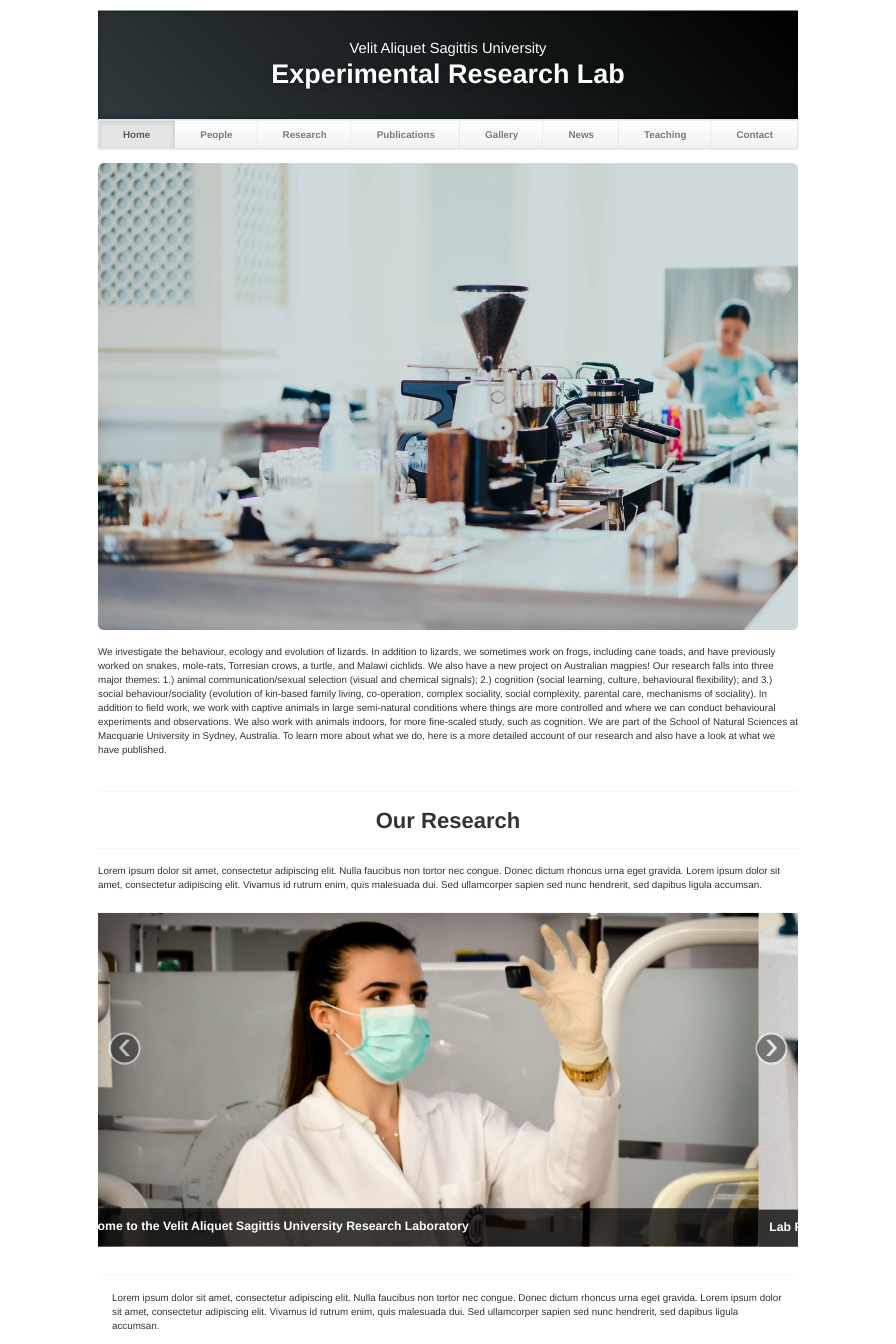
Repository: IAEUC/iaeuc.github.io
Page: index.html
These files come from the project's save history. The page is drawn as it stood at one moment and after the next save; the edit follows.
The browser window is 1280 px wide. The pictures show the part of the page from y = 0 to 1920 px (the page is 3867 px tall before and 3733 px after), at 70% of full size.

Above is the page before, as saved 2025-08-07 17:21:46.

### index.html
<!DOCTYPE html>
<html lang="en">
   <head>
      <meta charset="utf-8">
      <title>Generic Research Lab Template - Home</title>
      <meta name="viewport" content="width=device-width, initial-scale=1.0">
      <meta name="description" content="Research Lab, Home, Velit Aliquet Sagittis University">
      <meta name="author" content="">
      <!-- Le styles -->
      <link href="css/bootstrap.min.css" rel="stylesheet">
      <link href="css/bootstrap-responsive.min.css" rel="stylesheet">
      <link href="css/theme.css" rel="stylesheet">
   </head>
   <body>
      <div class="container">
         <header class="jumbotron subhead" id="overview">
            <p class="lead"> Velit Aliquet Sagittis University </p>
            <h1>Experimental Research Lab</h1>
         </header>
         <div class="masthead">
            <div class="navbar">
               <div class="navbar-inner">
                  <div class="container">
                     <ul class="nav">
                        <li class="active"><a href="#">Home</a></li>
                        <li><a href="people.html">People</a></li>
                        <li><a href="research.html">Research</a></li>
                        <li><a href="publications.html">Publications</a></li>
                        <li><a href="gallery.html">Gallery</a></li>
                        <li><a href="news.html">News</a></li>
                        <li><a href="teaching.html">Teaching</a></li>
                        <li><a href="contact.html">Contact</a></li>
                     </ul>
                  </div>
               </div>
            </div>
         </div>

         <div class="row-fluid">
            <div class="span12">
                              <div class="centered" style="margin-bottom: 20px;">
                                 <img src="images/lab-photo.jpg" alt="Research Laboratory" style="max-width: 100%; height: auto; border-radius: 8px;">
                              </div>
                              <p>
                                We investigate the behaviour, ecology and evolution of lizards. In addition to lizards, we sometimes work on frogs, including cane toads, and have previously worked on snakes, mole-rats, Torresian crows, a turtle, and Malawi cichlids. We also have a new project on Australian magpies! Our research falls into three major themes: 1.) animal communication/sexual selection (visual and chemical signals); 2.) cognition (social learning, culture, behavioural flexibility); and 3.) social behaviour/sociality (evolution of kin-based family living, co-operation, complex sociality, social complexity, parental care, mechanisms of sociality).

                                 In addition to field work, we work with captive animals in large semi-natural conditions where things are more controlled and where we can conduct behavioural experiments and observations. We also work with animals indoors, for more fine-scaled study, such as cognition.

                                 We are part of the School of Natural Sciences at Macquarie University in Sydney, Australia. To learn more about what we do, here is a more detailed account of our research and also have a look at what we have published.
                              </p>
                              <br/>
                           </div>
         </div>
         <div class="row-fluid">
                  <hr>
                  <h2 class="centered">Our Research</h2>
                  <hr>
         </div>
         <div class="row-fluid">
            <div class="span12">
                              <p>
                                 Lorem ipsum dolor sit amet, consectetur adipiscing elit. Nulla faucibus non tortor nec congue.
                                 Donec dictum rhoncus urna eget gravida. Lorem ipsum dolor sit amet, consectetur adipiscing elit.
                                 Vivamus id rutrum enim, quis malesuada dui. Sed ullamcorper sapien sed nunc hendrerit, sed dapibus
                                 ligula accumsan.
                              </p>
                              <br/>
                           </div>
         </div>

         <div class="row-fluid">
            <div class="span12">
               <div id="main-carousel" class="carousel slide">
                  <div class="carousel-inner">
                     <div class="item active">
                        <img src="images/ani-kolleshi-crop3.JPG" class="carousel-image" alt="">
                        <div class="carousel-caption">
                           <h4>Welcome to the Velit Aliquet Sagittis University Research Laboratory</h4>
                           <!-- -->
                           <p></p>
                        </div>
                     </div>
                     <div class="item">
                        <img src="images/microscope-crop1.JPG" class="carousel-image" alt="">
                        <div class="carousel-caption">
                           <h4>Lab Photos</h4>
                           <p></p>
                        </div>
                     </div>
                     <div class="item">
                        <img src="images/building-crop1.JPG" class="carousel-image" alt="">
                        <div class="carousel-caption">
                           <h4>Main Building Photo</h4>
                           <p></p>
                        </div>
                     </div>
                  </div>
                  <a class="left carousel-control" href="#main-carousel" data-slide="prev">‹</a>
                  <a class="right carousel-control" href="#main-carousel" data-slide="next">›</a>
               </div>
            </div>
         </div>
         <hr>
         <div class="container-fluid">
            <div class="row-fluid marketing">
               <div class="span12">
                  <p>
                     Lorem ipsum dolor sit amet, consectetur adipiscing elit. Nulla faucibus non tortor nec congue.
                     Donec dictum rhoncus urna eget gravida. Lorem ipsum dolor sit amet, consectetur adipiscing elit.
                     Vivamus id rutrum enim, quis malesuada dui. Sed ullamcorper sapien sed nunc hendrerit, sed dapibus
                     ligula accumsan.
                  </p>
                  <br/>
               </div>
            </div>
               <div class="row-fluid">
                  <hr>
                  <h2 class="centered">Recent News</h2>
                  <hr>
               </div>
               <div class="span4 feature-item">
                  <h5> <span class="date"> May 1, 2019 </span> </h5>
                  <h4 class="feature-heading">
                     <a href="https://unsplash.com/photos/CPmrdbbpnXg">
                     Students pose for conference lacus luctus accumsan tortor posuere
                     </a>
                     <br/>
                  </h4>
                  <hr>
                  <div class="centered">
                     <a href="https://unsplash.com/photos/CPmrdbbpnXg">
                     <img src="thumbs/jerry-zhang-1281608-unsplash.jpg" alt=""></a>
                  </div>
                  <hr>
                  <p>
                     Lorem ipsum dolor sit amet, consectetur adipiscing elit, sed do eiusmod tempor incididunt ut labore et
                     dolore magna aliqua.
                     Find the proceedings <a href="https://unsplash.com/photos/CPmrdbbpnXg">here</a>.
                  </p>
                  <br/>
                  <br/>
               </div>
               <div class="span4 feature-item">
                  <h5> <span class="date">April 20, 2019</span> </h5>
                  <h4 class="feature-heading">
                     <a href="https://unsplash.com/photos/rTZW4f02zY8">
                     Tincidunt tortor aliquam nulla facilisi. Nunc scelerisque viverra mauris in
                     </a>
                  </h4>
                  <hr>
                  <div class="centered">
                     <a href="https://unsplash.com/photos/rTZW4f02zY8">
                     <img src="thumbs/nasa-89125-unsplash.jpg" alt="">
                     </a>
                  </div>
                  <hr>
                  <p>
                     Read the paper
                     <a href="https://unsplash.com/photos/rTZW4f02zY8">here</a>.
                     Consequat semper viverra nam libero justo laoreet. Commodo odio aenean sed adipiscing diam donec.
                  </p>
                  <br/>
               </div>
               <div class="row-fluid">
                  <div class="span4 feature-item">
                     <h5> <span class="date">October 2, 2018</span> </h5>
                     <h4 class="feature-heading">
                        <a href="http://mechanical.illinois.edu/news/miljkovic-pleased-join-%E2%80%98powerhouse%E2%80%99-illinois">
                        Pretium lectus quam id leo in vitae turpis massa
                        <br/>
                        <br/>
                        </a>
                     </h4>
                     <hr>
                     <div class="centered">
                        <a href="https://unsplash.com/photos/WNk-f-TnZDw">
                        <img src="thumbs/rodolfo-cuadros-762364-unsplash.jpg" alt=""></a>
                     </div>
                     <hr>
                     <p>
                        Tristique senectus et netus et malesuada. Sed viverra tellus in hac habitasse platea dictumst vestibulum rhoncus.
                        Read it <a href="https://unsplash.com/photos/WNk-f-TnZDw">here</a>.
                     </p>
                     <br/>
                  </div>
               </div>
               <hr>
            </div>
            <div class="row-fluid">
               <div class="span4 feature-item">
                  <h4 class="feature-heading"><a href="https://unsplash.com/photos/QvbLjB9pHLM">Lorem ipsum dolor sit amet, consectetur adipiscing elit. Ut sit amet ultrices velit habitasse platea</a></h4>
                  <hr>
                  <div class="centered">
                     <a href="https://unsplash.com/photos/QvbLjB9pHLM"><img src="thumbs/ivanov-crop.JPG" alt=""></a>
                  </div>
                  <hr>
                  <p>Aecenas consectetur vestibulum orci ut vulputate. Aenean cursus finibus pulvinar <a href="https://unsplash.com/photos/QvbLjB9pHLM">here</a>. </p>
                  <br/>
               </div>
               <div class="span4 feature-item">
                  <h4 class="feature-heading"><a href="https://unsplash.com/photos/lQGJCMY5qcM">Maecenas placerat ullamcorper eros a vehicula. Duis mollis tortor ut elit elementum</a></h4>
                  <hr>
                  <div class="centered">
                     <a href="https://unsplash.com/photos/lQGJCMY5qcM"><img src="thumbs/beaker-crop.JPG" alt=""></a>
                  </div>
                  <hr>
                  <p>Read the paper <a href="https://unsplash.com/photos/lQGJCMY5qcM">here</a> </p>
               </div>
               <div class="span4 feature-item">
                  <h4 class="feature-heading"><a href="https://unsplash.com/photos/QCbZ4ASLhM8">Fusce tempor placerat felis, et placerat sapien lacinia sit amet<br/><br/><br/></a></h4>
                  <hr>
                  <div class="centered">
                     <a href="https://unsplash.com/photos/QCbZ4ASLhM8"><img src="thumbs/sato-chart.JPG" alt=""></a>
                  </div>
                  <hr>
                  <p> Aenean posuere, nulla ut placerat fringilla, dolor dolor pellentesque metus. Read the paper <a href="https://unsplash.com/photos/QCbZ4ASLhM8">here</a>.</p>
                  <br/>
                  <br/>
                  <br/>
               </div>
            </div>
         </div>
      </div>
      <footer id="footer">
         <div class="container-fluid">
            <div class="row-fluid">
               <div class="span5">
                  <h3>Contact Information</h3>
                  <p><b>Office Hours: </b>Monday-Friday (8.00am - 5.00pm)</p>
                  <p><b>Phone: </b>999-999-9999</p>
                  <p><b>Cell: </b>999-999-9999</p>
                  <a href="mailto:your.email@uni.edu">Email</a>
               </div>
               <div class="span2">
                  <a href="https://mybrandnewlogo.com/"><img src = "thumbs/generic-logo.JPG" alt="research-lab-logo"/></a>
               </div>
               <div class="span5">
                  <h3>Address</h3>
                  <p>9999 Generic Research Laboratory<br>
                     999 Fake Street Avenue<br>
                     City, State<br>
                     Country ZIP
                  </p>
                  <a href="http://maps.google.com/">Show Map</a>
               </div>
            </div>
         </div>
      </footer>

      <!-- Javascript files -->
      <script src="js/jquery-1.9.1.min.js"></script>
      <script src="js/bootstrap.min.js"></script>
      <script> $('#main-carousel').carousel(); </script>
   </body>
</html>

Loaded but not shown: css/bootstrap.min.css (library); css/bootstrap-responsive.min.css (library); js/jquery-1.9.1.min.js (library); js/bootstrap.min.js (library); css/theme.css (552 lines, source omitted)

After the next save:
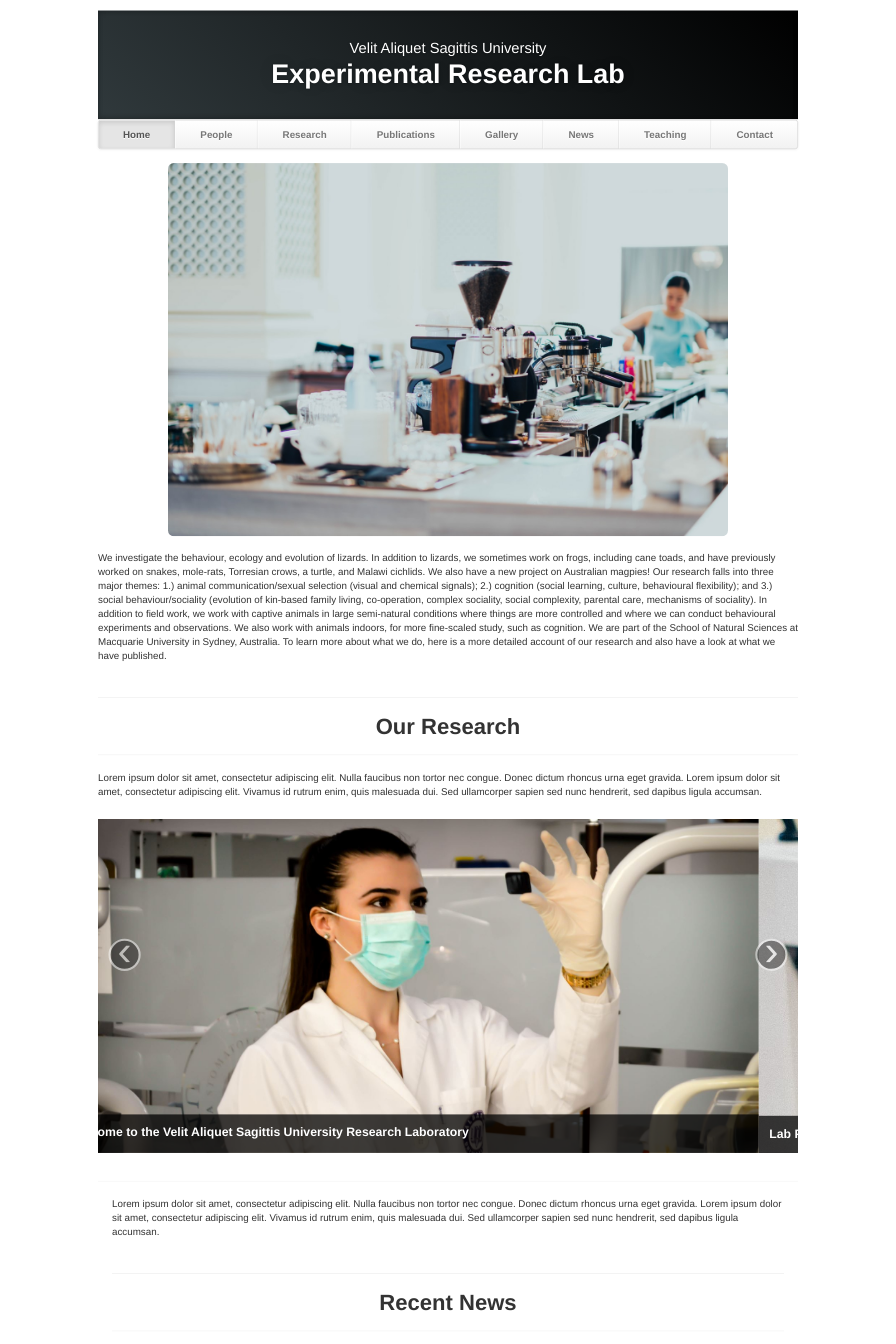
Saved 31 s later.
--- a/index.html
+++ b/index.html
@@ -39,7 +39,7 @@
          <div class="row-fluid">
             <div class="span12">
                               <div class="centered" style="margin-bottom: 20px;">
-                                 <img src="images/lab-photo.jpg" alt="Research Laboratory" style="max-width: 100%; height: auto; border-radius: 8px;">
+                                 <img src="images/lab-photo.jpg" alt="Research Laboratory" style="max-width: 80%; height: auto; border-radius: 8px;">
                               </div>
                               <p>
                                 We investigate the behaviour, ecology and evolution of lizards. In addition to lizards, we sometimes work on frogs, including cane toads, and have previously worked on snakes, mole-rats, Torresian crows, a turtle, and Malawi cichlids. We also have a new project on Australian magpies! Our research falls into three major themes: 1.) animal communication/sexual selection (visual and chemical signals); 2.) cognition (social learning, culture, behavioural flexibility); and 3.) social behaviour/sociality (evolution of kin-based family living, co-operation, complex sociality, social complexity, parental care, mechanisms of sociality).

After the save that followed:
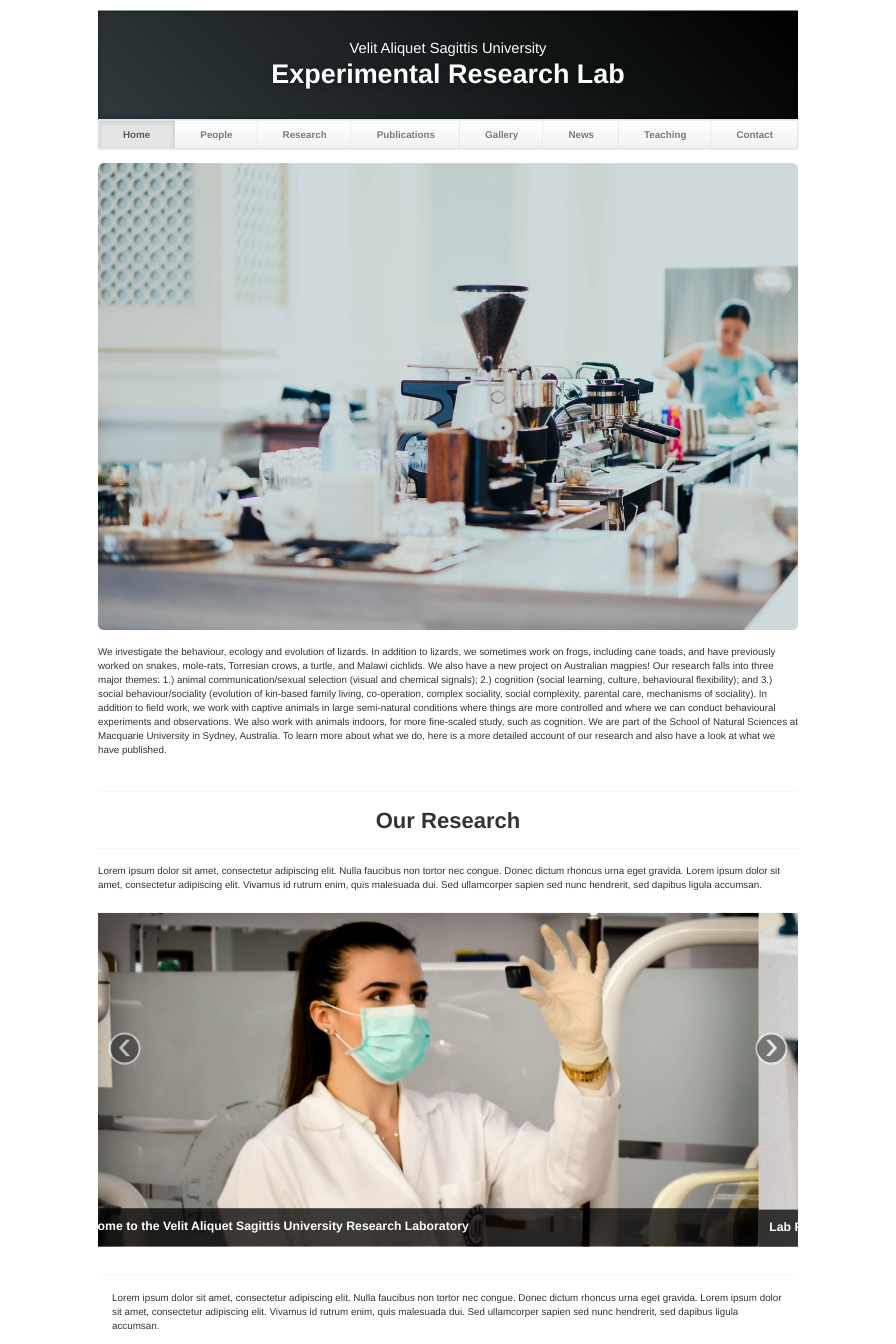
Saved 11 s later.
--- a/index.html
+++ b/index.html
@@ -39,7 +39,7 @@
          <div class="row-fluid">
             <div class="span12">
                               <div class="centered" style="margin-bottom: 20px;">
-                                 <img src="images/lab-photo.jpg" alt="Research Laboratory" style="max-width: 80%; height: auto; border-radius: 8px;">
+                                 <img src="images/lab-photo.jpg" alt="Research Laboratory" style="max-width: 100%; height: auto; border-radius: 8px;">
                               </div>
                               <p>
                                 We investigate the behaviour, ecology and evolution of lizards. In addition to lizards, we sometimes work on frogs, including cane toads, and have previously worked on snakes, mole-rats, Torresian crows, a turtle, and Malawi cichlids. We also have a new project on Australian magpies! Our research falls into three major themes: 1.) animal communication/sexual selection (visual and chemical signals); 2.) cognition (social learning, culture, behavioural flexibility); and 3.) social behaviour/sociality (evolution of kin-based family living, co-operation, complex sociality, social complexity, parental care, mechanisms of sociality).
